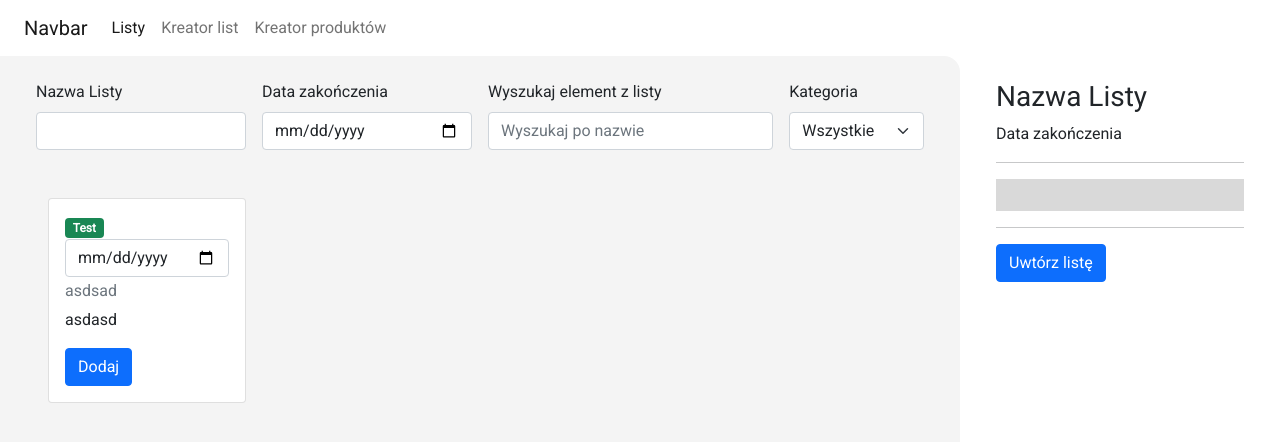
Repository: alphatra/Task-menager
Page: http://localhost/php/src/views/createList.php
The author's editor kept a copy of each file at every save. The page is drawn from the files as they stood at one save, then again after the next save.
The browser window is 1280 px wide. The pictures show the whole page.
The page is run by PHP 8.4 with error messages shown; the project is at /var/www/html/. Queries for data that is not in the repository find no rows.

Above is the page before, as saved 2023-02-09 19:53:53.

### php/src/views/createList.php
<!DOCTYPE html>
<html lang="en">
<head>
    <meta charset="UTF-8">
    <meta http-equiv="X-UA-Compatible" content="IE=edge">
    <meta name="viewport" content="width=device-width, initial-scale=1.0">
    <title>Document</title>
    <script src="https://ajax.googleapis.com/ajax/libs/jquery/3.6.1/jquery.min.js"></script>
    <link href="https://cdn.jsdelivr.net/npm/bootstrap@5.0.2/dist/css/bootstrap.min.css" rel="stylesheet" integrity="sha384-EVSTQN3/azprG1Anm3QDgpJLIm9Nao0Yz1ztcQTwFspd3yD65VohhpuuCOmLASjC" crossorigin="anonymous">
    <script src="https://cdn.jsdelivr.net/npm/@popperjs/core@2.9.2/dist/umd/popper.min.js" integrity="sha384-IQsoLXl5PILFhosVNubq5LC7Qb9DXgDA9i+tQ8Zj3iwWAwPtgFTxbJ8NT4GN1R8p" crossorigin="anonymous"></script>
    <script src="https://cdn.jsdelivr.net/npm/bootstrap@5.0.2/dist/js/bootstrap.min.js" integrity="sha384-cVKIPhGWiC2Al4u+LWgxfKTRIcfu0JTxR+EQDz/bgldoEyl4H0zUF0QKbrJ0EcQF" crossorigin="anonymous"></script>
    <script>
        const catergories = {
            1: 'Elektronika',
            2: 'Meble',
            3: 'Kosmetyki',
            4: 'Jedzenie',
            5: 'Ubrania',
            6: 'Zabawki',
            7: 'Sport',
            8: 'Książki',
            9: 'Narzędzia',
            10: 'RTV'
        }
        console.log(catergories);
        $(document).ready(function() {
            let _dataItems = [];
            let private_item = $(`<div class="col-xl-3 col-lg-4 col-md-6 col-12 mb-4">
                        <div class="card">
                            <div class="card-body">
                                <span class="badge bg-success">Test</span>
                                <h3 class="card-title"><input type="date" class="form-control" id="endDate" placeholder="Podaj nazwe"></h3>
                                <h6 class="card-subtitle mb-2 text-muted">asdsad</h6>
                                <p class="card-text">asdasd</p>
                                <input class="btn btn-primary" id="add_tolist" type="button" value="Dodaj">
                            </div>
                        </div>
                    </div>`);
    let loadData = (param,_category) => {
        $.ajax({
            url: '../controller.php',
            dataType: 'json',
            method: 'POST',
            data:{tablename:"products", search: param, category:_category},
            beforeSend: function() {
                $("#loading-image").show();
             },
            success: function(data) {
                console.log(data);
                let content = $('#objects').empty()
                content.append(private_item)
                let dataItems = JSON.parse(JSON.stringify(data))
                _dataItems = data
                dataItems = dataItems.map((item) => {
                    return $(`
                    <div class="col-xl-3 col-lg-4 col-md-6 col-12 mb-4">
                        <div class="card">
                            <div class="card-body">
                                <span class="badge bg-success">${item.category_id}</span>
                                <h3 class="card-title">${item.product_name}</h3>
                                <h6 class="card-subtitle mb-2 text-muted">${item.category_id}</h6>
                                <p class="card-text">${item.product_description}</p>
                                <input class="btn btn-primary" id="add_tolist" type="button" value="Dodaj" name="${item.id_product}">
                            </div>
                        </div>
                    </div>
                    `)
                })
                content.append(dataItems)

            },
            error: function (jqXHR, exception){
                console.log(jqXHR, exception);

            }
        })

    }
    let createList_Ajax = (param) =>{
        $.ajax({
            url: '../controller_1.php',
            method: 'POST',
            data:{data: param},
            cache: false,
            success: function(data) {
                console.log(data);
            },
            error: function (xhr, status, error){
                console.log(status);

            }
        })
    }
    let createListItems_Ajax = (param) =>{
        $.ajax({
            url: '../controller_1.php',
            method: 'POST',
            data:{data: param},
            cache: false,
            success: function(data) {
                console.log(data);
            },
            error: function (xhr, status, error){
                console.log(status);

            }
        })
    }

    loadData()

    $("#searchItem, select").on("keyup change", function() {
        let inputVal = $("#searchItem").val();
        let selectVal = $("select").val();
        if (inputVal.length > 0 || selectVal > 0) {
            inputVal = inputVal.length == 0 ? '' : inputVal;
            selectVal = selectVal == 0 ? '' : selectVal;
            loadData(inputVal, selectVal);
        } else {
            loadData();
        }
    });


    let products = {product_id:[],product_title:[],qty:[]};
    let list = {
            list_name: '',
            end_date: '',
            products: [products]
        };

    let add_products = (id, title, quantity) => {
        if (!checkIfExists(id)) {
            products.product_id.push(id);
            products.product_title.push(title);
            products.qty.push(quantity);
        }
    }

    let checkIfExists = (id) => {
        for (let i = 0; i < products.product_id.length; i++) {
            if (products.product_id[i] === id) {
                return true;
            }
        }
        return false;
    }

    let searchedProduct = (_id) =>{
        let found =  _dataItems.find(e => e.id_product == _id)
        return found.product_name
    }

    let generateContent = (_item,_qty) => {
        let content = $('#list_elements')
        content.empty()
        console.log(_qty);
        let listItems = _item.map((item) => { return $(`<h5>${searchedProduct(+item)}</h5><input type="number" id="qty" value="1">`)})
        content.append(listItems)
    }

    let crateList = () => {
        if(list.list_name != '' || list.end_date != '' || products.product_id.length != 0){
            console.log(list);
            createList_Ajax(list)
        }
    }
    $(document).on("click", "#add_tolist", function() {
        //console.log(list);
        //console.log(+this.name);
        //console.log(searchedProduct(+this.name));
        var myModal = new bootstrap.Modal(document.getElementById("exampleModal"))
        if(list.list_name == '' || list.end_date == ''){
            myModal.show()
            $(document).on("click", ".btn-secondary", function() {
                myModal.hide()
            })
            if (list.list_name == '') {
                $("#listName").addClass("is-invalid")
            }else{
                $("#listName").removeClass("is-invalid")
            }
            if (list.end_date == '') {
                $("#endDate").addClass("is-invalid")
            }else{
                $("#endDate").removeClass("is-invalid")
            }
            //console.log("Nie",list)
        }else{
            add_products(this.name, searchedProduct(+this.name), 1);
            generateContent(list.products['product_id'],list.products['qty'])
            $("#listName, #endDate").removeClass("is-invalid")
            //console.log("Tak",list);
        }
    });
    $(document).on("click", "#crateList_button", function() {
        console.log(crateList());
    });
    $("#listName, #endDate").on("keyup change",function(){
        list = {
            list_name: $("#listName").val(),
            end_date: $("#endDate").val(),
            products: products
        }
        $("#list_name").text($("#listName").val());
        $("#end_date").text($("#endDate").val());
    });
})

    </script>
    <link rel="stylesheet" href="../assets/style.css">
</head>
<body>
    <!-- Modal -->
    <div class="modal fade" id="exampleModal" tabindex="-1" role="dialog" aria-labelledby="exampleModalLabel" aria-hidden="true">
        <div class="modal-dialog">
            <div class="modal-content">
                <div class="modal-header">
                    <h5 class="modal-title" id="exampleModalLabel">Uwaga!</h5>
                    <button type="button" class="btn-close" data-dismiss="modal" aria-label="Zamknij"></button>
                </div>
                <div class="modal-body">
                    Nie wypełniłeś wszystkich pól!
                </div>
                <div class="modal-footer">
                    <button type="button" class="btn btn-secondary" data-dismiss="modal">Zamknij</button>
                </div>
            </div>
        </div>
    </div>

    <div class="container-fluid">
        <nav class="navbar navbar-expand-lg navbar-light ">
            <div class="container-fluid">
                <a class="navbar-brand" href="#">Navbar</a>
                <button class="navbar-toggler" type="button" data-bs-toggle="collapse" data-bs-target="#navbarNav" aria-controls="navbarNav" aria-expanded="false" aria-label="Toggle navigation">
                    <span class="navbar-toggler-icon"></span>
                </button>
                <div class="collapse navbar-collapse" id="navbarNav">
                    <ul class="navbar-nav">
                        <li class="nav-item">
                            <a class="nav-link active" href="/">Listy</a>
                        </li>
                        <li class="nav-item">
                            <a class="nav-link" aria-current="page" href="views/createList.php">Kreator list</a>
                        </li>
                        <li class="nav-item">
                            <a class="nav-link" href="views/createProduct.php">Kreator produktów</a>
                        </li>
                    </ul>
                </div>
            </div>
        </nav>
        <div class="row">
            <div class="col-lg-9" style="background-color: #F4F4F4; border-top-right-radius: 1rem">
                <div class="container py-4 px-4">
                <form class="row g-3 needs-validation" novalidate>
                    <div id="listName_" class="col-md-3">
                        <label for="listName" class="form-label">Nazwa Listy</label>
                        <input type="text" class="form-control" id="listName" required>
                        <div class="invalid-feedback">
                            Podaj nazwę listy!
                        </div>
                    </div>
                    <div id="endDate_" class="col-md-3">
                        <label for="endDate" class="form-label">Data zakończenia</label>
                        <input type="date" class="form-control" id="endDate" required>
                        <div class="invalid-feedback">
                            Podaj nazwę listy!
                        </div>
                    </div>
                    <div id="searchItem_" class="col-md-4">
                        <label for="searchItem" class="form-label">Wyszukaj element z listy</label>
                        <input type="search" class="form-control" id="searchItem" aria-label="Search" placeholder="Wyszukaj po nazwie">
                    </div>
                    <div class="col-md-2">
                        <label for="inputState" class="form-label">Kategoria</label>
                        <select id="inputState" class="form-select">
                            <option selected value="0">Wszystkie</option>
                            <option value="1">Elektronika</option>
                            <option value="2">Meble</option>
                            <option value="3">Kosmetyki</option>
                            <option value="4">Jedzenie</option>
                            <option value="5">Ubrania</option>
                            <option value="6">Zabawki</option>
                            <option value="7">Sport</option>
                            <option value="8">Ksiązki</option>
                            <option value="9">Narzędzia</option>
                            <option value="10">RTV</option>
                        </select>
                    </div>
                </form>
                <div id="objects" class="row m-0 my-5"></div>
                </div>
            </div>
            <div class="col-lg-3">
                <div class="container pt-4">
                <h3 id="list_name">Nazwa Listy</h3>
                <span id="end_date">Data zakończenia</span>
                <hr class="hr1" />
                <div id="list_elements" class="px-3 py-3" style="background-color:#D9D9D9"></div>
                <hr class="hr1" />
                <button type="submit" id="crateList_button" class="btn btn-primary">Uwtórz listę</button>
                </div>
            </div>
        </div>
    </div>
</body>
</html>

### php/src/controller.php
<?php
session_start();
require_once('./model/CRUD.php');


$db = new db();
$_tablename = $_POST['tablename'];
if(isset($_POST['search'])){
    $search = $_POST['search'];
    $result = $db->searchData($_tablename,$search,'');
    if(isset($_POST['category'])){
        $_category = $_POST['category'];
        $result = $db->searchData($_tablename,$search,$_category);
    }
    echo $result;
}else{
    echo $db->getData($_tablename);
}
?>

### php/src/model/CRUD.php
<?php
class db{
    private $conn;
    public $servername;
    public $username;
    public $password;
    public $database;
    public $tablename;

    public function __construct($host="db", $database="mydb",
                                $username="root", $password="root"){
        $this->host = $host;
        $this->database = $database;
        $this->username = $username;
        $this->password = $password;

        try {
            // Tworzenie połączenia
            $this->conn = new mysqli($host, $username, $password, $database);
        } catch (Exception $e) {
            // Sprawdzanie połączenia
            die("Connection failed: " . mysqli_connect_error());

        }

        return $this->conn;
    }

    // Wyświetlanie list z bazy danych
    public function getData($tablename){
        $this->tablename = $tablename;
        $query = "SELECT * FROM $this->tablename";
        $result = mysqli_query($this->conn, $query);
        $result = mysqli_fetch_all($result, MYSQLI_ASSOC);

        return json_encode($result);
    }

    // Wyświetlanie list z bazy danych wraz z wyszukiwaniem
    public function searchData($tablename, $search, $category){
        $this->tablename = $tablename;
        $this->search = $search;
        $this->category = $category;
        if($tablename == 'products'){
            $query = "SELECT * FROM $this->tablename WHERE product_name LIKE '$this->search%'";
            if($category != ''){
                $query .= " AND category_id = $this->category";
            }
        }else{
            $query = "SELECT * FROM $this->tablename WHERE name LIKE '$this->search%'";
            if($category != ''){
                $query .= " AND category_id = $this->category";
            }
        }
        $result = mysqli_query($this->conn, $query);
        $result = mysqli_fetch_all($result, MYSQLI_ASSOC);

        return json_encode($result);
    }
    /*
    public function searchData($tablename="", $search=""){
        $this->tablename = "list";
        $this->search = "{$search}%";
        $query = "SELECT * FROM $this->tablename WHERE name LIKE ?";
        $stmt = $this->conn->prepare($query);
        $stmt->bind_param("s",$search);
        $stmt->execute();
        $result = $stmt->get_result();

        return json_encode($result->fetch_all(MYSQLI_ASSOC));
    }
    */

    // Dodawanie produktów do bazy danych
    public function createProduct($Param){
        $product_name = $Param[0];
        $product_description = $Param[1];
        $product_image = $Param[2];
        $category_id = $Param[3];
        $query = "INSERT INTO products (product_name, product_description, product_image, category_id)
                    VALUES ('{$product_name}', '{$product_description}', '{$product_image}', '{$category_id}')";

        mysqli_query($this->conn, $query);
    }

    public function fetchData($Data){
        $this->Data = $Data;
        $decoded_json = json_decode($Data, true);
        $product_name = $decoded_json['product_name'];
        $product_description = $decoded_json['product_description'];
        $product_image = $decoded_json['product_image'];
        $category_id = $decoded_json['category_id'];
        return [$product_name, $product_description, $product_image, $category_id];
    }

    public function getMaxId($tablename){
        $this->tablename = $tablename;
        $query = "SELECT MAX( id ) AS `Max_Id` FROM $this->tablename";
        $result = mysqli_query($this->conn, $query);
        $result = mysqli_fetch_all($result, MYSQLI_ASSOC);
        $result = $result[0]['Max_Id'];

        return $result + 1;
    }

    public function getIdList($list_name){
        $this->list_name = $list_name;
        $query = "SELECT id FROM list WHERE name = '$this->list_name'";
        $result = mysqli_query($this->conn, $query);
        $result = mysqli_fetch_all($result, MYSQLI_ASSOC);
        $result = $result[0]['id'];

        return $result;
    }

    public function createList($list_name, $end_date){
        $id = $this->getMaxId('list');
        $this->list_name = $list_name;
        $created_date = date("Y-m-d h:i:s");
        $this->end_date = $end_date;
        $query = "INSERT INTO list (id, name, created_date, end_date) VALUES ('{$id}','{$list_name}','{$created_date}','{$end_date}')";
        mysqli_query($this->conn, $query);
        return $query;
    }

    public function createListItems($qty,$list_name,$id_product){
        $id = $this->getMaxId('list_items');
        $this->qty = $qty;
        $this->list_name = $list_name;
        $list_name = $this->getIdList($list_name);
        $this->id_product = $id_product;

        $query = "INSERT INTO list_items (id, quantity, list_id, id_product) VALUES ('{$id}', '{$this->qty}', '{$list_name}', '{$this->id_product}')";
        mysqli_query($this->conn, $query);
        return $query;
    }
}
?>

### php/src/assets/style.css
@import url('https://fonts.googleapis.com/css2?family=Roboto:ital,wght@0,300;0,400;1,500&display=swap');

body {
    font-family: 'Roboto', sans-serif;
    font-size: 16px;
    line-height: 1.5;
    background-color: white;
    margin: 0;
    padding: 0;
}
.black-border {
    border: 1px solid black;
    padding: 1rem;
}
hr {
    margin: 1rem 0;
    color: inherit;
    background-color: currentColor;
    border: 0;
    opacity: 0.25;
  }

After the next save:
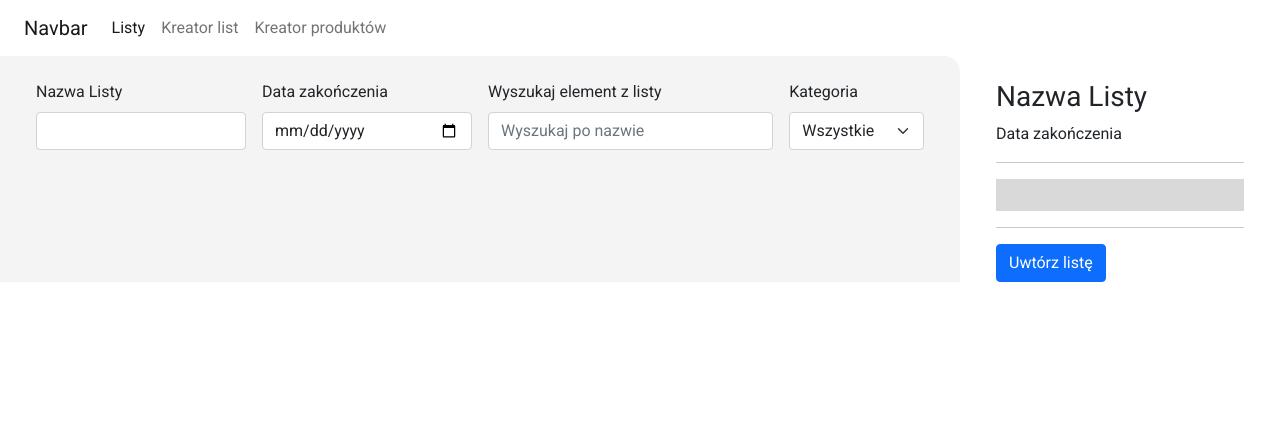
Console error: SyntaxError: Unexpected token '{'
Saved 91 s later.
--- a/php/src/views/createList.php
+++ b/php/src/views/createList.php
@@ -56,7 +56,7 @@
                     <div class="col-xl-3 col-lg-4 col-md-6 col-12 mb-4">
                         <div class="card">
                             <div class="card-body">
-                                <span class="badge bg-success">${item.category_id}</span>
+                                <span class="badge bg-success">${catergories[${item.category_id}]}</span>
                                 <h3 class="card-title">${item.product_name}</h3>
                                 <h6 class="card-subtitle mb-2 text-muted">${item.category_id}</h6>
                                 <p class="card-text">${item.product_description}</p>

After the save that followed:
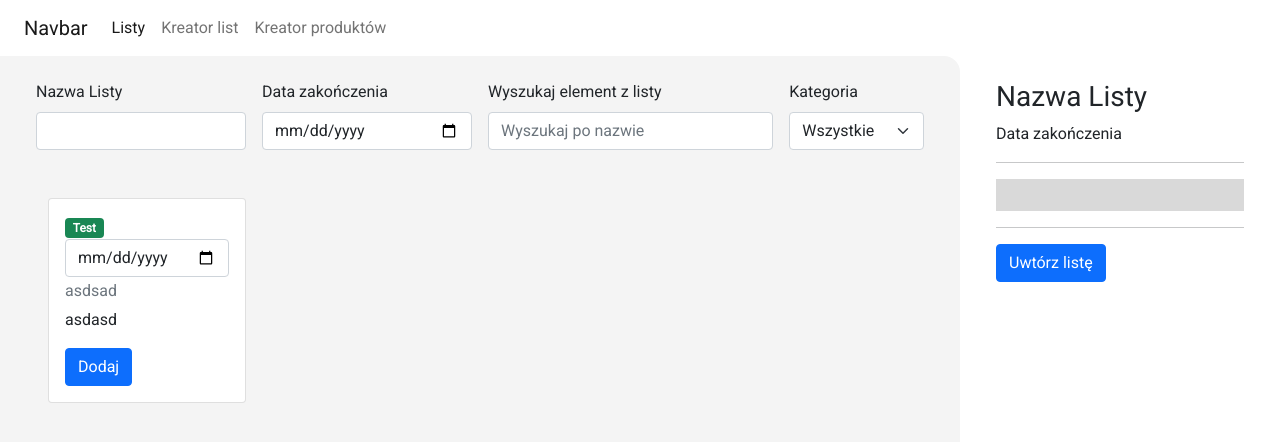
The error is gone.
Saved 13 s later.
--- a/php/src/views/createList.php
+++ b/php/src/views/createList.php
@@ -56,7 +56,7 @@
                     <div class="col-xl-3 col-lg-4 col-md-6 col-12 mb-4">
                         <div class="card">
                             <div class="card-body">
-                                <span class="badge bg-success">${catergories[${item.category_id}]}</span>
+                                <span class="badge bg-success">${catergories[1]}</span>
                                 <h3 class="card-title">${item.product_name}</h3>
                                 <h6 class="card-subtitle mb-2 text-muted">${item.category_id}</h6>
                                 <p class="card-text">${item.product_description}</p>
